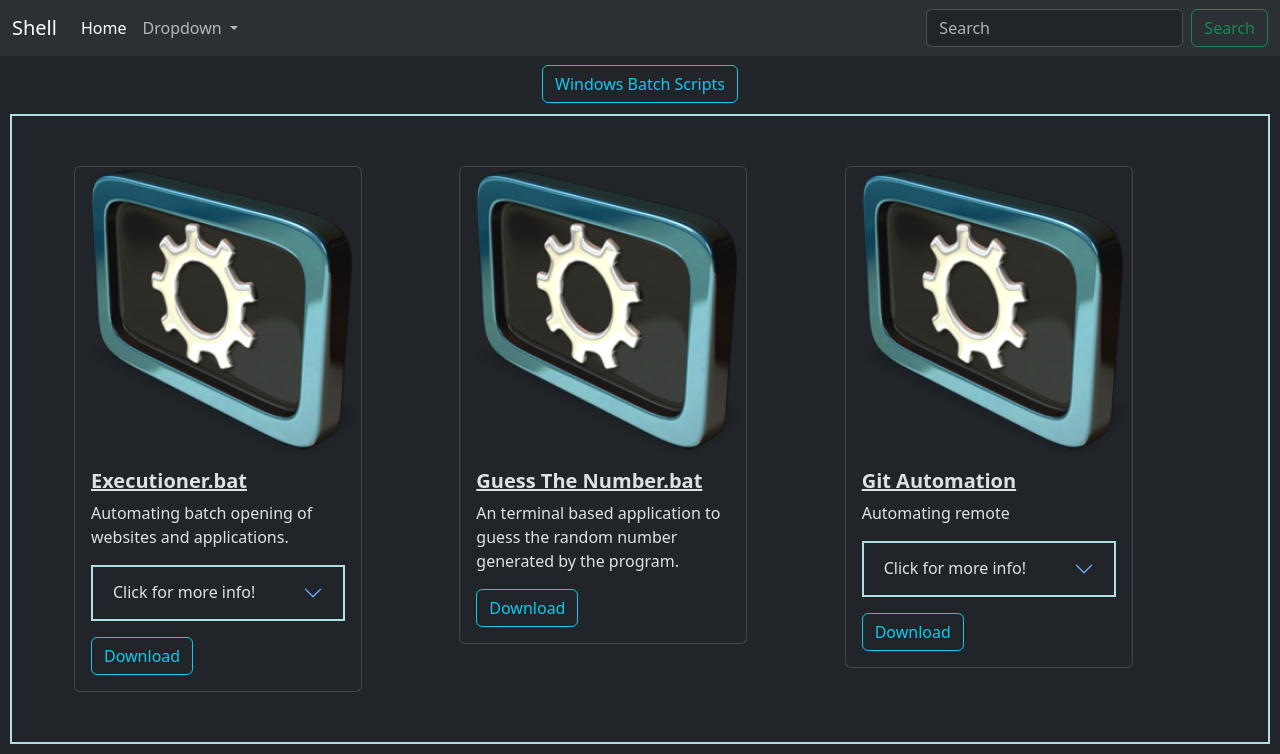
Repository: VictoriousMango/Archive
Page: index.html
An editor plug-in stored every save of this project. The page is shown before and after a run of saves, followed by the edit.
The browser window is 1280 px wide. The pictures show the whole page.

Above is the page before, as saved 2024-10-05 20:11:38.

### index.html
<!doctype html>
<html lang="en">

<head>
    <meta charset="utf-8">
    <meta name="viewport" content="width=device-width, initial-scale=1">
    <title>Bootstrap demo</title>
    <link href="https://cdn.jsdelivr.net/npm/bootstrap@5.3.3/dist/css/bootstrap.min.css" rel="stylesheet"
        integrity="sha384-QWTKZyjpPEjISv5WaRU9OFeRpok6YctnYmDr5pNlyT2bRjXh0JMhjY6hW+ALEwIH" crossorigin="anonymous">
</head>

<body data-bs-theme="dark">
    <!-- NavBar -->
    <nav class="navbar navbar-expand-lg bg-body-tertiary ">
        <div class="container-fluid">
            <a href="#" class="navbar-brand" role="button" onclick="Toggling()">Shell</a>
            <button class="navbar-toggler" type="button" data-bs-toggle="collapse"
                data-bs-target="#navbarSupportedContent" aria-controls="navbarSupportedContent" aria-expanded="false"
                aria-label="Toggle navigation">
                <span class="navbar-toggler-icon"></span>
            </button>
            <div class="collapse navbar-collapse" id="navbarSupportedContent">
                <ul class="navbar-nav me-auto mb-2 mb-lg-0">
                    <li class="nav-item">
                        <a class="nav-link active" href="https://victoriousmango.github.io/Portfolio/">Home</a>
                    </li>
                    <li class="nav-item dropdown">
                        <a class="nav-link dropdown-toggle" href="#" role="button" data-bs-toggle="dropdown"
                            aria-expanded="false">
                            Dropdown
                        </a>
                        <ul class="dropdown-menu">
                            <li><a class="dropdown-item" href="#Batch">Windows Batch Scripts</a></li>
                        </ul>
                    </li>
                </ul>
                <form class="d-flex" role="search">
                    <input class="form-control me-2" type="search" placeholder="Search" aria-label="Search">
                    <button class="btn btn-outline-success" type="submit">Search</button>
                </form>
            </div>
        </div>
    </nav>
    <!-- NavBar -->

    <!-- Windows Batch File -->
    <h1 style="text-align : center;" id="Batch"><button type="button" class="btn btn-outline-info">Windows
            Batch Scripts</button></h1>
    <div class="row" style="border: 2px solid powderblue; margin: 10px; padding: 50px;">
        <!-- First Card -->
        <div class="col">
            <div class="card" style="width: 18rem;">
                <img src="Images\MS-DOS_Batch_File.png" class="card-img-top" alt="...">
                <div class="card-body">
                    <h5 class="card-title"><b><u>Executioner.bat</u></b></h5>
                    <p class="card-text">
                        Automating batch opening of websites and applications.
                    <div class="accordion accordion-flush" id="accordionFlushExample">
                        <div class="accordion-item" style="border: 2px solid powderblue;">
                            <h2 class="accordion-header">
                                <button class="accordion-button collapsed" type="button" data-bs-toggle="collapse"
                                    data-bs-target="#flush-collapseOne" aria-expanded="false"
                                    aria-controls="flush-collapseOne">
                                    Click for more info!
                                </button>
                            </h2>
                            <div id="flush-collapseOne" class="accordion-collapse collapse"
                                data-bs-parent="#accordionFlushExample">
                                <div class="accordion-body">
                                    <ul>
                                        <li>It will store different links in some sort of groups defined and structured
                                            by you.</li>
                                        <li>After creating groups, you can use this application to open multiple
                                            websites and applications in a batch simultaneously.</li>
                                        <li>This can be used as a productivity tool, for automating opening of few
                                            applications by entering just the name of group.</li>
                                    </ul>
                                </div>
                            </div>
                        </div>
                        </p>
                        <a href="Projects\Windows-Batch-file\Executioner.bat" class="btn btn-outline-info"
                            download>Download</a>
                    </div>
                </div>
            </div>
        </div>
        <!-- Second Card -->
        <div class="col">
            <div class="card" style="width: 18rem;">
                <img src="Images\MS-DOS_Batch_File.png" class="card-img-top" alt="...">
                <div class="card-body">
                    <h5 class="card-title"><b><u>Guess The Number.bat</u></b></h5>
                    <p class="card-text">
                        An terminal based application to guess the random number generated by the program.
                    </p>
                    <a href="Projects\Windows-Batch-file\Guess The Number.bat" class="btn btn-outline-info"
                        download>Download</a>
                </div>
            </div>
        </div>
        <!-- Third Card -->
        <div class="col">
            <div class="card" style="width: 18rem;">
                <img src="Images\MS-DOS_Batch_File.png" class="card-img-top" alt="...">
                <div class="card-body">
                    <h5 class="card-title"><b><u>Git Automation</u></b></h5>
                    <p class="card-text">
                        Automating remote
                    <div class="accordion accordion-flush" id="accordionFlushExample">
                        <div class="accordion-item" style="border: 2px solid powderblue;">
                            <h2 class="accordion-header">
                                <button class="accordion-button collapsed" type="button" data-bs-toggle="collapse"
                                    data-bs-target="#flush-collapseOne" aria-expanded="false"
                                    aria-controls="flush-collapseOne">
                                    Click for more info!
                                </button>
                            </h2>
                            <div id="flush-collapseOne" class="accordion-collapse collapse"
                                data-bs-parent="#accordionFlushExample">
                                <div class="accordion-body">
                                    <ul>
                                        <li>It will store different links in some sort of groups defined and structured
                                            by you.</li>
                                        <li>After creating groups, you can use this application to open multiple
                                            websites and applications in a batch simultaneously.</li>
                                        <li>This can be used as a productivity tool, for automating opening of few
                                            applications by entering just the name of group.</li>
                                    </ul>
                                </div>
                            </div>
                        </div>
                        </p>
                        <a href="Projects\Windows-Batch-file\Executioner.bat" class="btn btn-outline-info"
                            download>Download</a>
                    </div>
                </div>
            </div>
        </div>
    </div>
    <!-- Windows Batch File -->

        <!-- Including JS -->
        <script src="https://cdn.jsdelivr.net/npm/bootstrap@5.3.3/dist/js/bootstrap.bundle.min.js"
            integrity="sha384-YvpcrYf0tY3lHB60NNkmXc5s9fDVZLESaAA55NDzOxhy9GkcIdslK1eN7N6jIeHz"
            crossorigin="anonymous"></script>
        <!-- JS for the web page -->
        <script>
            function Toggling() {
                console.log("Clicked the toggle button")
                console.log()
                var element = document.body;
                element.dataset.bsTheme = element.dataset.bsTheme == "light" ? "dark" : "light"
            }
        </script>
</body>

</html>

After the next 2 saves:
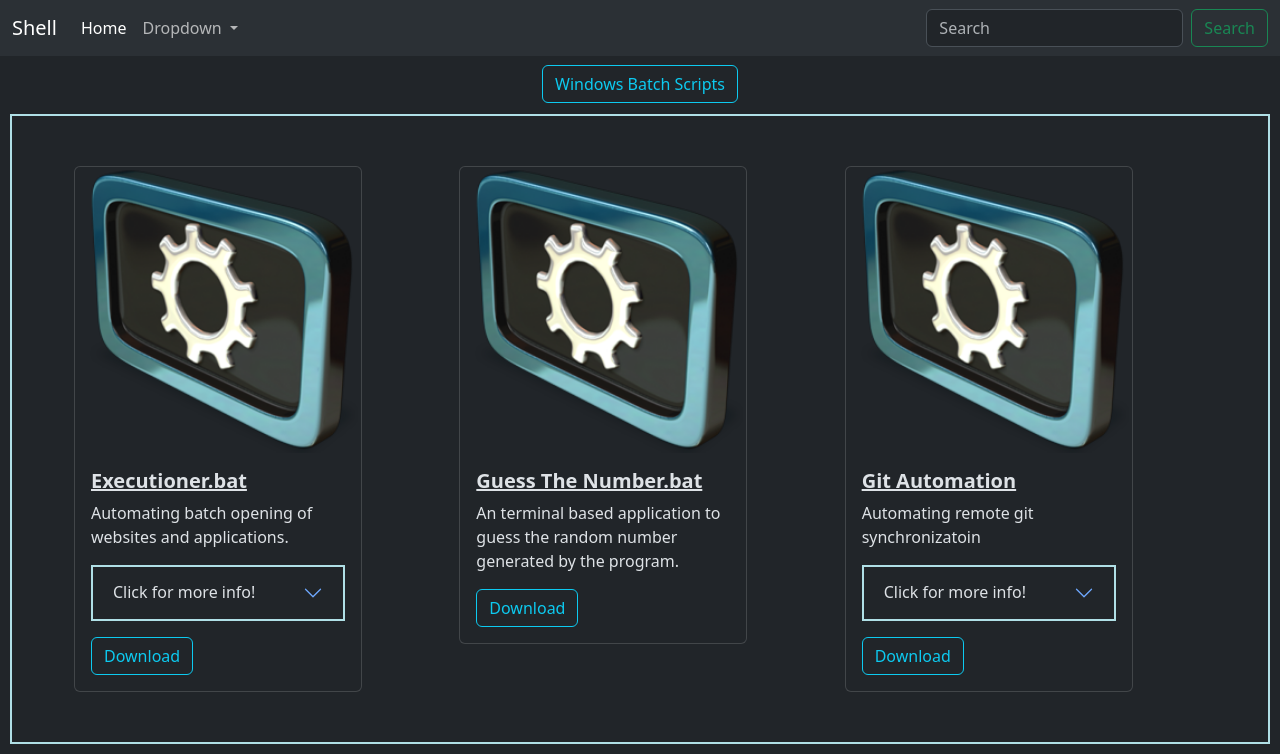
The 2 saves are shown as one change because they came seconds apart.
The last was saved 7 s later.
--- a/index.html
+++ b/index.html
@@ -106,7 +106,7 @@
                 <div class="card-body">
                     <h5 class="card-title"><b><u>Git Automation</u></b></h5>
                     <p class="card-text">
-                        Automating remote
+                        Automating remote git synchronizatoin
                     <div class="accordion accordion-flush" id="accordionFlushExample">
                         <div class="accordion-item" style="border: 2px solid powderblue;">
                             <h2 class="accordion-header">
